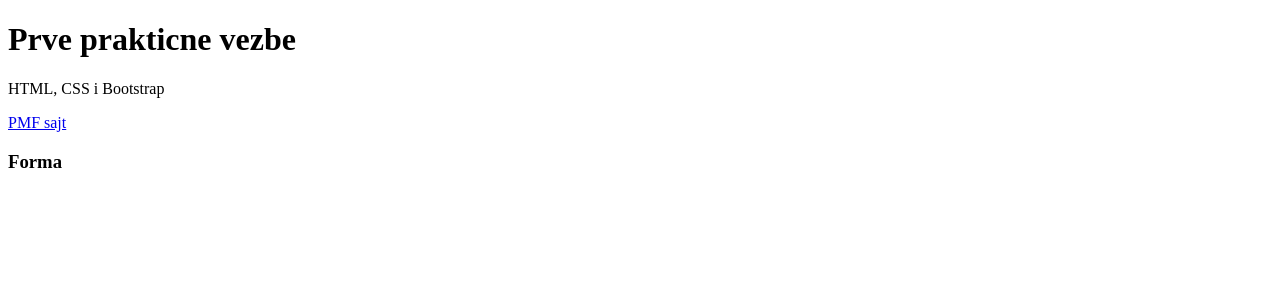
Repository: bojanludajic/Razvoj-Informacionih-Sistema
Page: Vezbe1/src/main/webapp/index.html
These files come from the project's save history. The page is drawn as it stood at one moment and after the next save; the edit follows.
The browser window is 1280 px wide. The pictures show the whole page.

Above is the page before, as saved 2024-10-22 11:32:36.

After the next save:
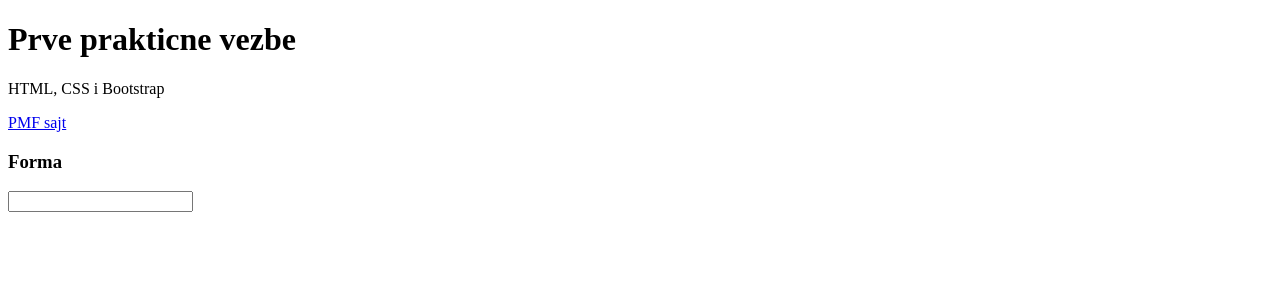
Saved 62 s later.
--- a/Vezbe1/src/main/webapp/index.html
+++ b/Vezbe1/src/main/webapp/index.html
@@ -11,5 +11,8 @@
 <a href="https://www.pmf.uns.ac.rs" target="_blank">PMF sajt</a>
 
 <h3>Forma</h3>
+<form>
+	<input type="text">
+</form>
 </body>
 </html>
